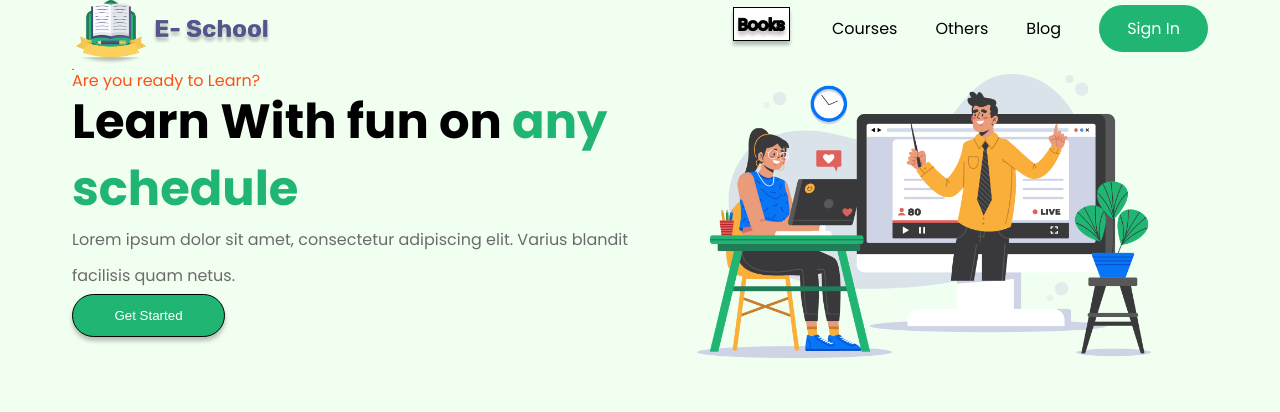
Repository: bijaythakur-code/E-school
Page: index.html
An editor plug-in stored every save of this project. The page is shown before and after the next save, followed by the edit.
The browser window is 1280 px wide. The pictures show the whole page.

Above is the page before, as saved 2022-05-11 15:38:23.
Console error: TypeError: Cannot set properties of null (setting 'textContent')

### index.html
<!DOCTYPE html>
<html lang="en">
  <head>
    <meta charset="UTF-8" />
    <meta http-equiv="X-UA-Compatible" content="IE=edge" />
    <meta name="viewport" content="width=device-width, initial-scale=1.0" />

    <link rel="preconnect" href="https://fonts.googleapis.com" />
    <link rel="preconnect" href="https://fonts.gstatic.com" crossorigin />
    <link
      href="https://fonts.googleapis.com/css2?family=Poppins:wght@400;500;700&family=Roboto&display=swap"
      rel="stylesheet"
    />

    <link rel="stylesheet" href="/css/general.css" />
    <link rel="stylesheet" href="/css/style.css" />
    <link rel="stylesheet" href="/css/queries.css" />
    <title>Starter Project</title>
  </head>
  <body>
    <header>
      <div class="header-container container">
        <nav>
          <div class="logo">
            <a href="/">
              <img src="/img/logo.png" alt="E-school logo" />
            </a>
          </div>
          <ul class="main-nav">
            <li>
              <a href="/">
                <img src="/img/img-icon-books-nav.png" alt="E-school Books" />
              </a>
            </li>
            <li>
              <a class="nav-link" href="#">Courses</a>
            </li>
            <li>
              <a class="nav-link" href="#">Others</a>
            </li>
            <li>
              <a class="nav-link" href="#">Blog</a>
            </li>
            <li>
              <a class="sign-in nav-link" href="#">Sign In</a>
            </li>
          </ul>
        </nav>

        <!-- hero section -->
        .
        <div class="hero">
          <div class="hero-left">
            <p class="are-you-ready">Are you ready to Learn?</p>
            <h1>Learn With fun on <span class="h1-span">any schedule</span></h1>
            <p class="website-desc">
              Lorem ipsum dolor sit amet, consectetur adipiscing elit. Varius
              blandit facilisis quam netus.
            </p>
            <a href="#">
              <button class="btn-get-started">Get Started</button>
            </a>
          </div>
          <div class="hero-right">
            <img src="/img/image-hero.png" alt="E-school hero" />
        </div>
      </div>
    </header>
    <script src="js/script.js"></script>
  </body>
</html>

### css/general.css
/*
--- 01 TYPOGRAPHY SYSTEM

- Font sizes (px)


- Font weights
Default: 400
Medium: 500

Bold: 700


- Line heights
Default: 1
Small: 1.05
Medium: 1.2
Paragraph default: 1.6
Large: 1.8

- Letter spacing
-0.5px
0.75px

--- 02 COLORS

#000000 -- black
#21B573 -- primary
#FFFFFF -- white
#FD511A -- primary-shade-one
#413960 -- secondary
#585859 -- secondary-tint-one
#282531 -- footer background
#CDCDCD -- primary-tint-one

#F0FFF0 -- hero background

- Primary:
- Tints:


- Shades:


- Accents:
- Greys


--- 05 SHADOWS


--- 06 BORDER-RADIUS

Default: 9px
Medium: 11px

--- 07 WHITESPACE

- Spacing system (px)

*/

:root {
  /* COLORS VARIABLES */
  --primary-color: #21b573;
  --primary-shade-one: #fd511a;
  --primary-tint-one: #cdcdcd;

  --secondary-color: #413960;
  --secondary-tint-one: #585859;

  --hero-background: #f0fff0;
  --footer-background: #282531;

  --black-color: #000000;
  --white-color: #ffffff;
}

*,
*::after,
*::before {
  padding: 0;
  margin: 0;
  box-sizing: border-box;
}

html {
  /* font-size: 10px; */

  /* 10px / 16px = 0.625 = 62.5% */
  /* Percentage of user's browser font-size setting */
  font-size: 62.5%;

  /* Does NOT work on Safari */
  /* scroll-behavior: smooth; */
}

body {
  font-family: 'Poppins', sans-serif;
  line-height: 140%;
  font-weight: 400;
}

ul {
  list-style: none;
}

a {
  text-decoration: none;
}

img {
  max-width: 100%;
  height: auto;
}

button {
  border: none;
  outline: none;
  cursor: pointer;
}

/*=============== GENERAL REUSABLE CSS CLASSES ===============*/

.container {
  /* 1200px */
  max-width: 120rem;
  padding: 0 3.2rem;
  margin: 0 auto;
}

### css/style.css
/*=============== HEADER & NAV ===============*/

header {
  background-color: var(--hero-background);
  height: 100vh;
}
nav {
  display: flex;
  justify-content: space-between;
}

.main-nav {
  display: flex;
  justify-content: space-between;
  align-items: center;
  gap: 38px;
}

.logo {
  height: 60px;
  width: 200px;
}

.nav-link {
  font-family: 'Poppins', sans-serif;
  font-weight: 400;
  font-size: 16px;
  color: #000000;
}

.sign-in {
  color: #ffffff;
  padding: 12px 28px;
  width: 104px;
  height: 43px;
  background: #21b573;
  border-radius: 33px;
}

/* mobile menu */

/*=============== HERO SECTION ===============*/

.hero {
  display: flex;
}

.hero-left {
  width: 50%;
  display: flex;
  flex-direction: column;
}

.are-you-ready {
  font-family: 'Poppins', sans-serif;
  font-weight: 400;
  font-size: 16px;
  color: #fd511a;
}

h1 {
  font-family: 'Poppins', sans-serif;

  font-weight: 700;
  font-size: 48px;
  line-height: 140%;
  color: #000000;
}

.h1-span {
  color: #21b573;
}

.website-desc {
  font-family: 'Poppins', sans-serif;

  font-weight: 400;
  font-size: 16px;
  line-height: 225%;
  color: #6c6b6b;
}

.btn-get-started {
  width: 153px;
  height: 43px;
  background: #21b573;
  padding: 12px 36px;
  border: 1px solid #000000;
  box-shadow: 0px 4px 4px rgba(0, 0, 0, 0.25);
  border-radius: 33px;
  color: #ffffff;
}

.hero-right {
  width: 50%;
  display: flex;
  justify-content: center;
  align-items: center;
}

.hero-right img {
  width: 80%;
}

### css/queries.css
/* rem and em do NOT depend on html font-size in media queries! Instead, 1rem = 1em = 16px */

/**************************/
/* BELOW 1344px (Smaller desktops) */
/**************************/

@media (max-width: 84em) {
}

/**************************/
/* BELOW 1200px (Landscape Tablets) */
/**************************/

@media (max-width: 75em) {
  html {
    /* 9px / 16px  */
    font-size: 56.25%;
  }
}

/**************************/
/* BELOW 944px (Tablets) */
/**************************/

@media (max-width: 59em) {
  html {
    /* 8px / 16px = 0.5 = 50% */
    font-size: 50%;
  }
}

/**************************/
/* BELOW 704px (Smaller tablets) */
/**************************/

@media (max-width: 44em) {
}

/**************************/
/* BELOW 544px (Phones) */
/**************************/

@media (max-width: 34em) {
}

### js/script.js
///////////////////////////////////////////////////////////
// Set current year
const yearEl = document.querySelector('.year')
const currentYear = new Date().getFullYear()
yearEl.textContent = currentYear

///////////////////////////////////////////////////////////
// Make mobile navigation work

const btnNavEl = document.querySelector('.btn-mobile-nav')
const headerEl = document.querySelector('.nav-container')

btnNavEl.addEventListener('click', function () {
  headerEl.classList.toggle('nav-open')
})

///////////////////////////////////////////////////////////
// Smooth scrolling animation

const allLinks = document.querySelectorAll('a:link')

allLinks.forEach(function (link) {
  link.addEventListener('click', function (e) {
    e.preventDefault()
    const href = link.getAttribute('href')

    // Scroll back to top
    if (href === '#')
      window.scrollTo({
        top: 0,
        behavior: 'smooth',
      })

    // Scroll to other links
    if (href !== '#' && href.startsWith('#')) {
      const sectionEl = document.querySelector(href)
      sectionEl.scrollIntoView({ behavior: 'smooth' })
    }

    // Close mobile naviagtion
    if (link.classList.contains('nav-link'))
      headerEl.classList.toggle('nav-open')
  })
})

///////////////////////////////////////////////////////////
// Sticky navigation

const sectionHeroEl = document.querySelector('.hero')

const obs = new IntersectionObserver(
  function (entries) {
    const ent = entries[0]
    // console.log(ent)

    if (ent.isIntersecting === false) {
      document.body.classList.add('sticky')
    }

    if (ent.isIntersecting === true) {
      document.body.classList.remove('sticky')
    }
  },
  {
    // In the viewport
    root: null,
    threshold: 0,
    rootMargin: '-80px',
  }
)
obs.observe(sectionHeroEl)

After the next save:
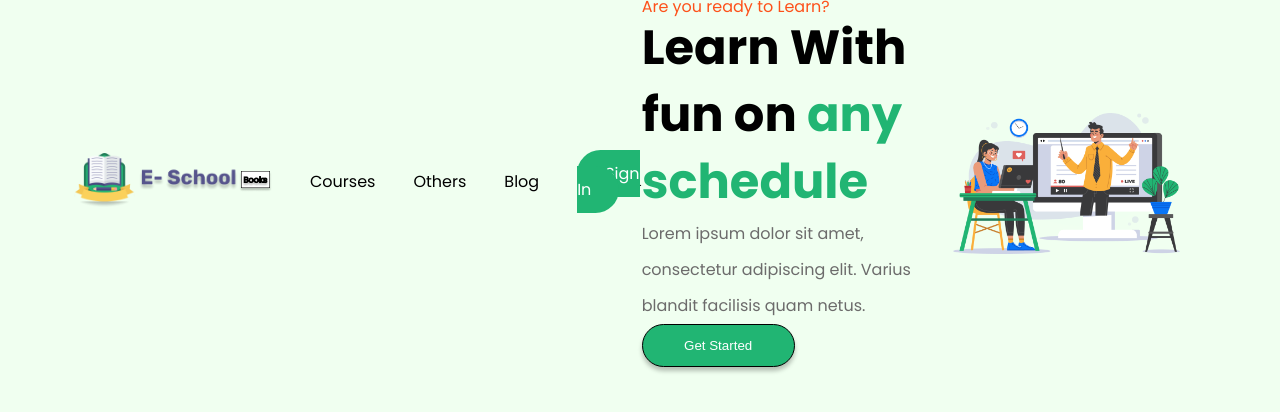
Saved 13 s later.
--- a/css/style.css
+++ b/css/style.css
@@ -3,6 +3,11 @@
 header {
   background-color: var(--hero-background);
   height: 100vh;
+}
+
+.header-container {
+  display: flex;
+  align-items: center;
 }
 nav {
   display: flex;

After the save that followed:
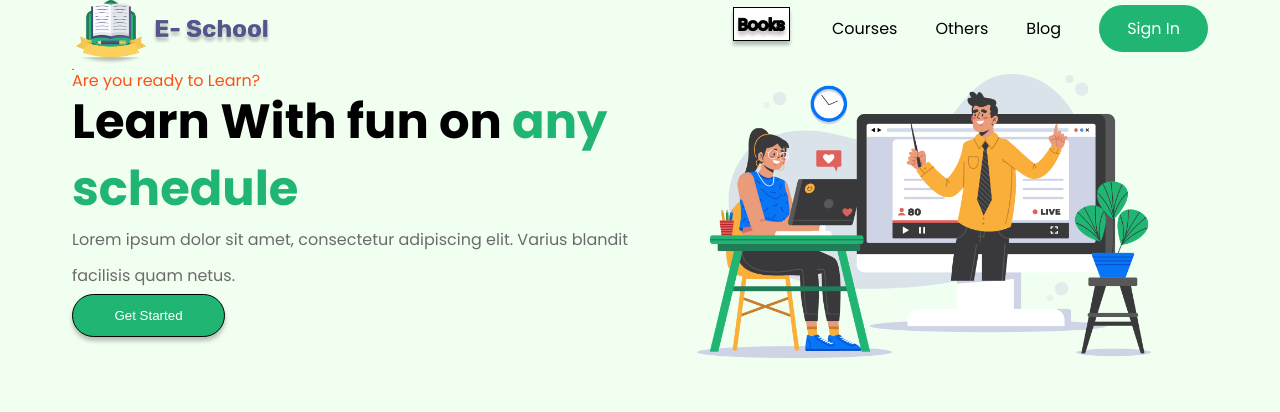
Saved 16 s later.
--- a/css/style.css
+++ b/css/style.css
@@ -6,8 +6,6 @@
 }
 
 .header-container {
-  display: flex;
-  align-items: center;
 }
 nav {
   display: flex;
